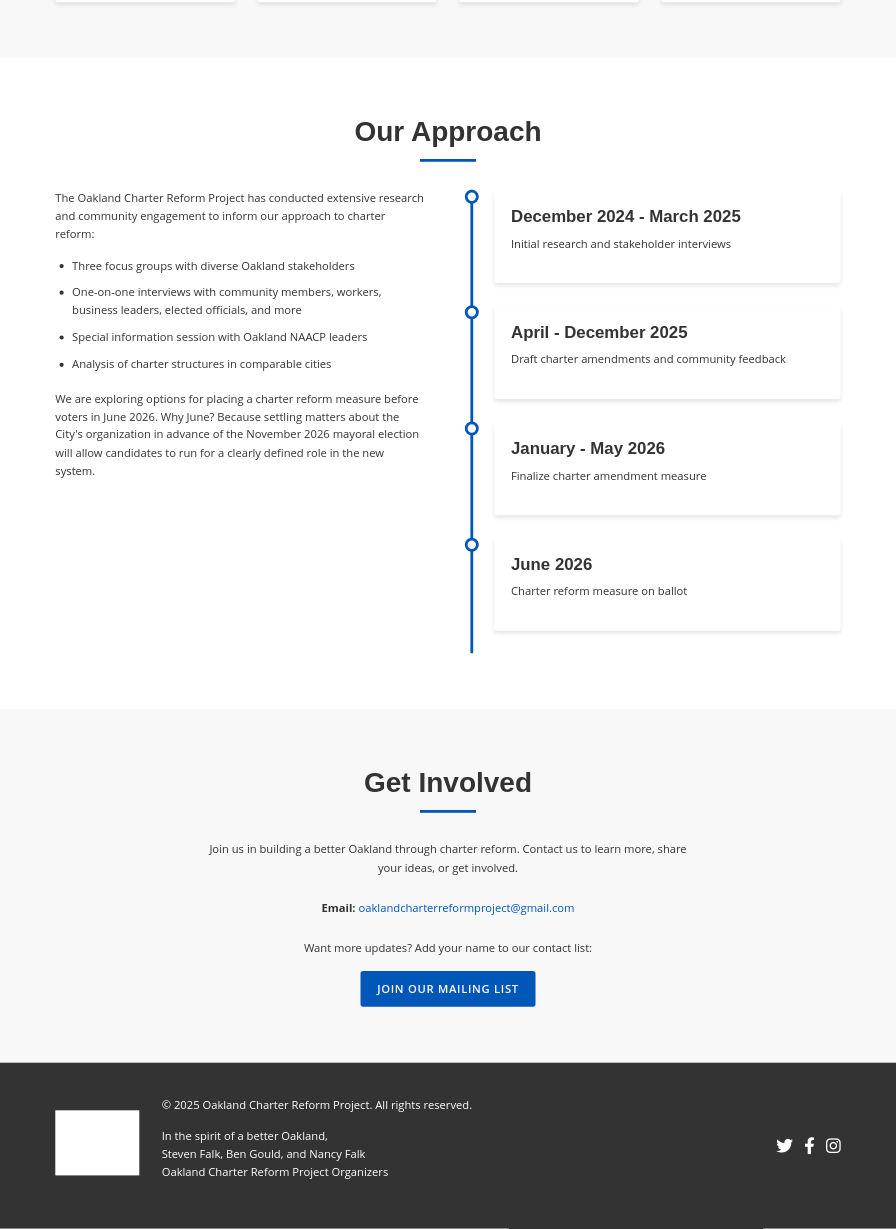
Repository: bgould132/oaklandcharterreform
Page: index.html
The author's editor kept a copy of each file at every save. The page is drawn from the files as they stood at one save, then again after the next save.
The browser window is 1280 px wide. The pictures show the part of the page from y = 2073 to 3993 px (the page is 3828 px tall before and 3993 px after), at 70% of full size.

Above is the page before, as saved 2025-04-07 09:43:02.

After the next save:
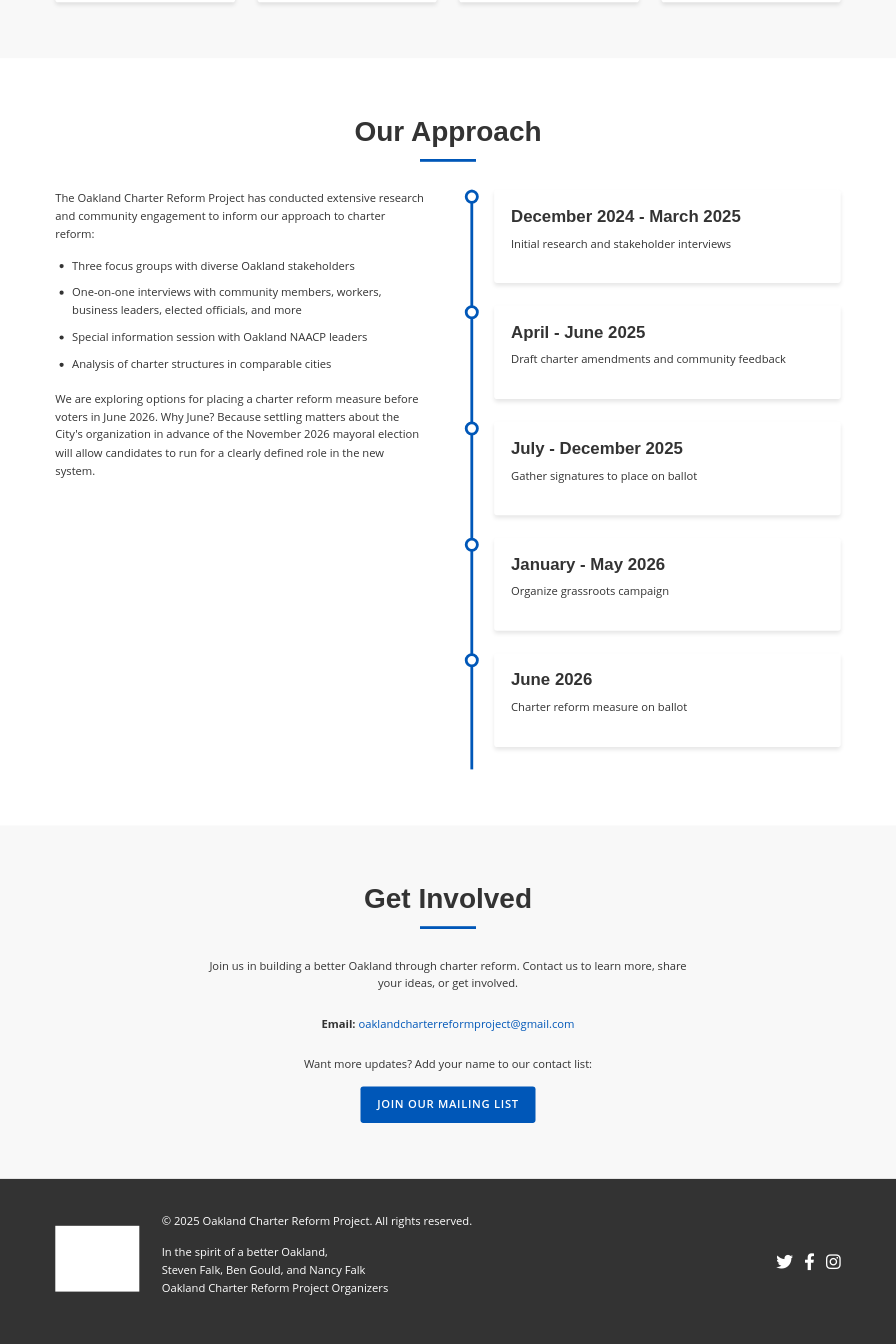
Saved 13 min 37 s later.
--- a/index.html
+++ b/index.html
@@ -141,15 +141,22 @@
                         <div class="timeline-item">
                             <div class="timeline-marker"></div>
                             <div class="timeline-content">
-                                <h3>April - December 2025</h3>
+                                <h3>April - June 2025</h3>
                                 <p>Draft charter amendments and community feedback</p>
                             </div>
                         </div>
                         <div class="timeline-item">
                             <div class="timeline-marker"></div>
                             <div class="timeline-content">
+                                <h3>July - December 2025</h3>
+                                <p>Gather signatures to place on ballot</p>
+                            </div>
+                        </div>
+                        <div class="timeline-item">
+                            <div class="timeline-marker"></div>
+                            <div class="timeline-content">
                                 <h3>January - May 2026</h3>
-                                <p>Finalize charter amendment measure</p>
+                                <p>Organize grassroots campaign</p>
                             </div>
                         </div>
                         <div class="timeline-item">
